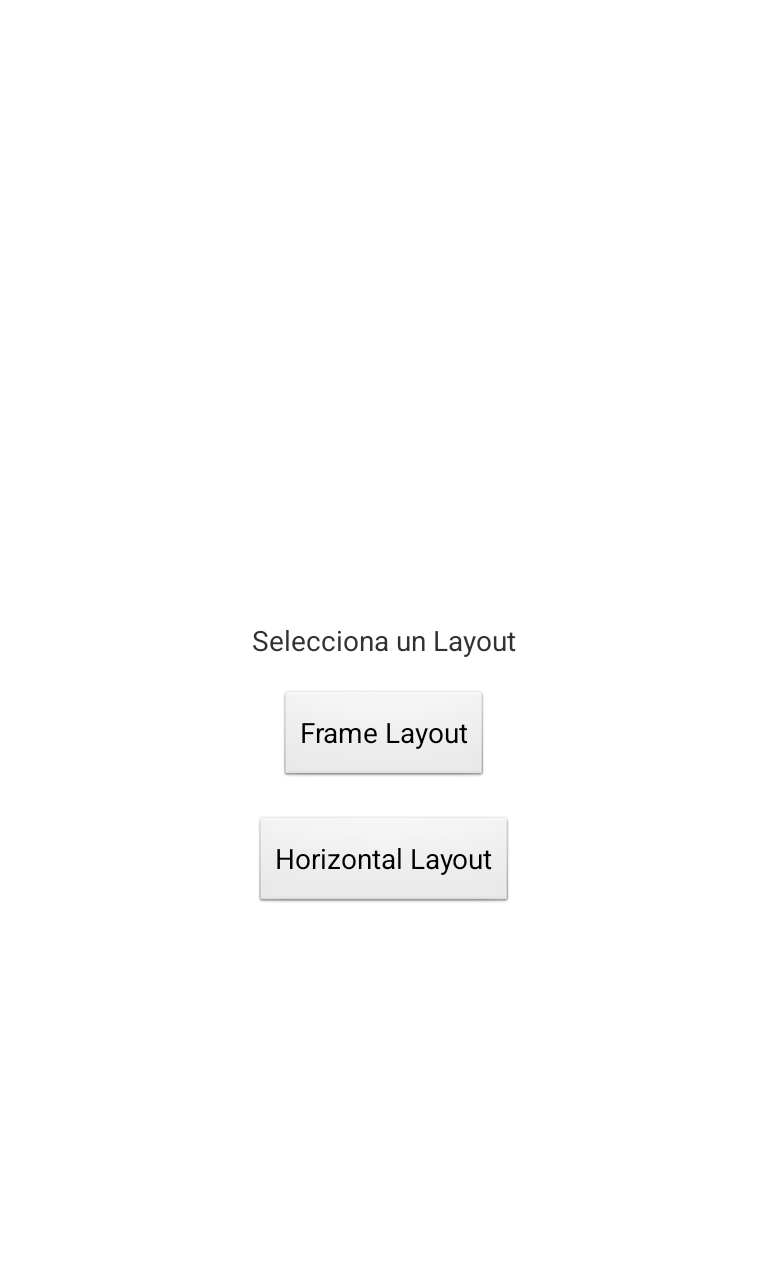
Repository: rocapal/cursoAndroidURJC
Layout: 2ndEdition/beatriz.munozmanso/ActivitiesAndRelatives/res/layout/activity_main.xml
An editor plug-in stored every save of this project. The layout is shown before and after the next save, followed by the edit.
It is drawn on a 768 x 1280 px phone screen (xhdpi) without system bars, with theme AppTheme; the app's code is not run.

Above is the layout before, as saved 2013-02-04 15:55:47.

### 2ndEdition/beatriz.munozmanso/ActivitiesAndRelatives/res/layout/activity_main.xml
<RelativeLayout xmlns:android="http://schemas.android.com/apk/res/android"
    xmlns:tools="http://schemas.android.com/tools"
    android:layout_width="match_parent"
    android:layout_height="match_parent"
    tools:context=".MainActivity" >

    <TextView
        android:id = "@+id/texto"
        android:layout_width="wrap_content"
        android:layout_height="wrap_content"
        android:layout_centerHorizontal="true"
        android:layout_centerVertical="true"
        android:text="@string/select"
        android:layout_marginTop="15dip"
    	android:layout_marginBottom="15dip"/>
    <Button
        android:id = "@+id/frame"
        android:layout_width="wrap_content"
        android:layout_height="wrap_content"
        android:layout_centerHorizontal="true"
        android:text="@string/frame"
        android:layout_below="@+id/texto"
        android:layout_marginBottom="15dip"/>
    <Button
        android:id = "@+id/horiz"
        android:layout_width="wrap_content"
        android:layout_height="wrap_content"
        android:layout_centerHorizontal="true"
        android:text="@string/horizontal"
        android:layout_below="@+id/frame"
        android:layout_marginBottom="15dip"/>

</RelativeLayout>

### 2ndEdition/beatriz.munozmanso/ActivitiesAndRelatives/res/values/strings.xml
<?xml version="1.0" encoding="utf-8"?>
<resources>

    <string name="app_name">ActivitiesAndRelatives</string>
    <string name="hello_world">Hello world!</string>
    <string name="menu_settings">Settings</string>
    <string name="select">Selecciona un Layout</string>
    <string name="complex">Mix Layout</string>
    <string name="vertical">Vertical Layout</string>
    <string name="horizontal">Horizontal Layout</string>
    <string name="frame">Frame Layout</string>
    <string name="relative">Relative Layout</string>

</resources>

Loaded but not shown: 2ndEdition/beatriz.munozmanso/ActivitiesAndRelatives/res/values/styles.xml (common file)

After the next save:
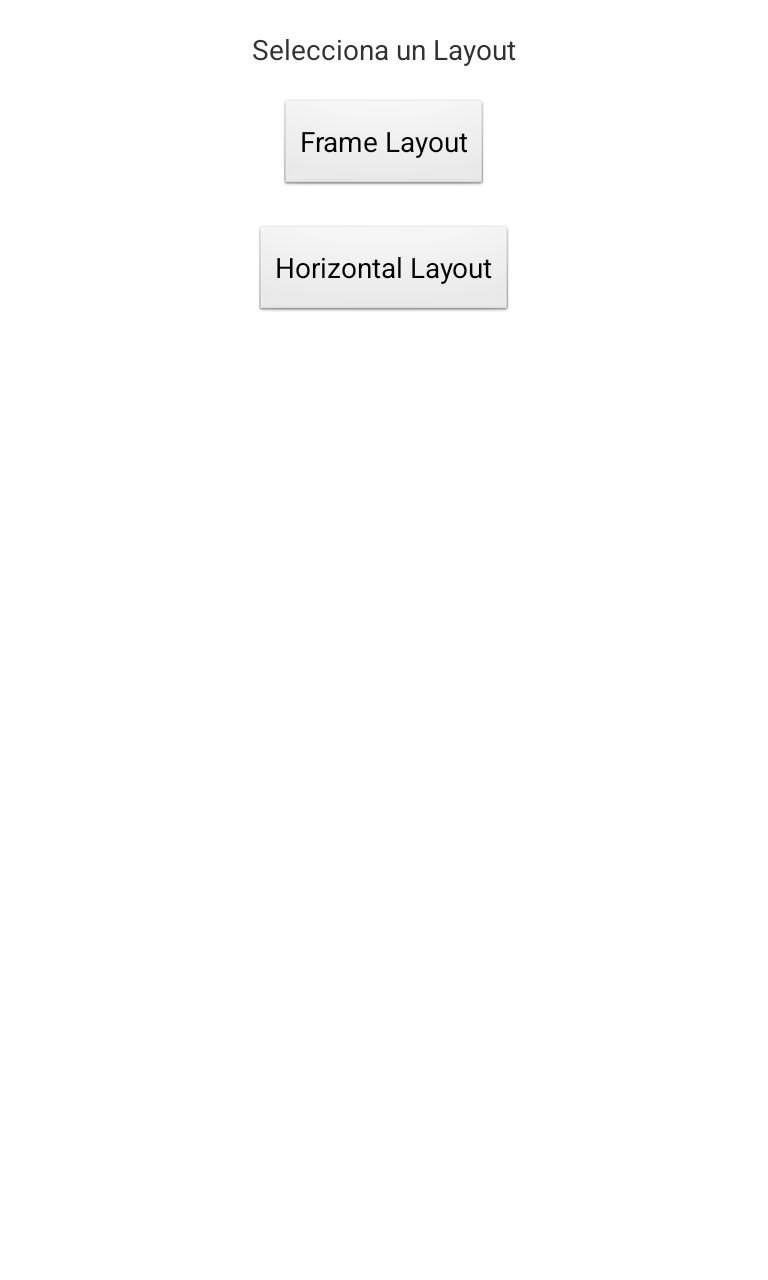
Saved 19 s later.
--- a/2ndEdition/beatriz.munozmanso/ActivitiesAndRelatives/res/layout/activity_main.xml
+++ b/2ndEdition/beatriz.munozmanso/ActivitiesAndRelatives/res/layout/activity_main.xml
@@ -9,7 +9,7 @@
         android:layout_width="wrap_content"
         android:layout_height="wrap_content"
         android:layout_centerHorizontal="true"
-        android:layout_centerVertical="true"
+
         android:text="@string/select"
         android:layout_marginTop="15dip"
     	android:layout_marginBottom="15dip"/>
